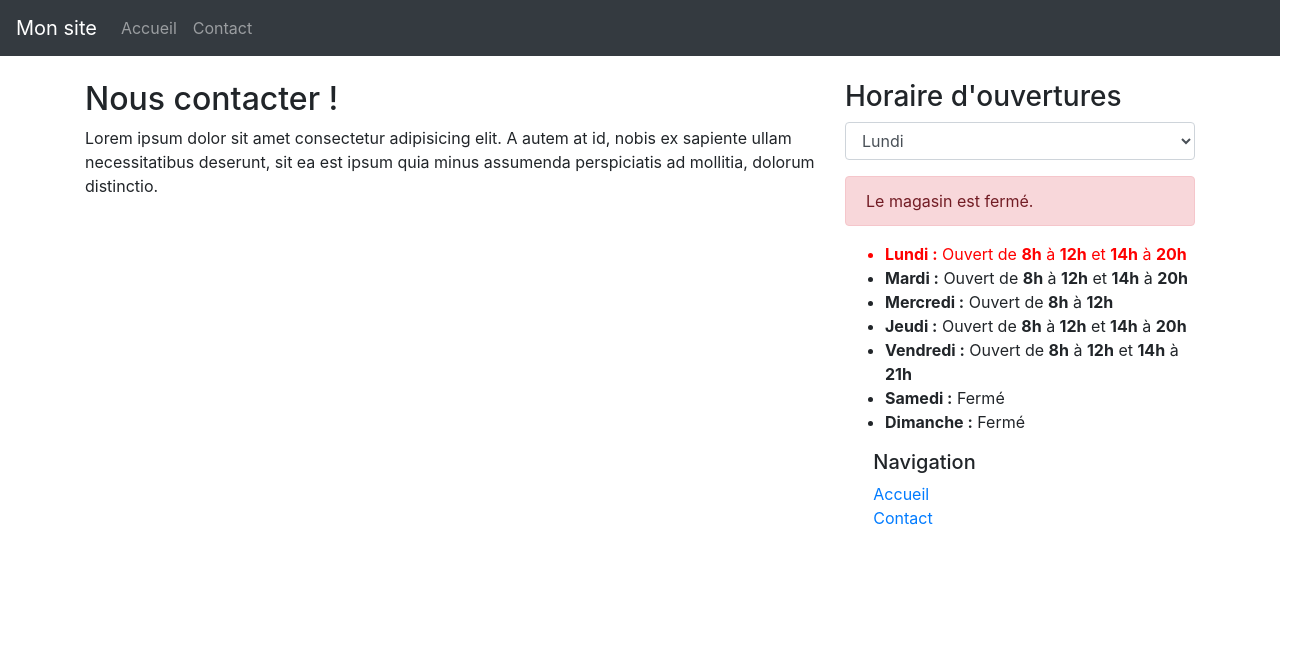
Repository: Alex-Serky/Backend_PHP
Page: http://localhost/contact.php
The author's editor kept a copy of each file at every save. The page is drawn from the files as they stood at one save, then again after the next save.
The browser window is 1280 px wide. The page is 1295 px wide, so the pictures cover 1295 px, including what lies to the right of the window. The pictures show the whole page.
Some web libraries are served in a nearby version. The page is run by PHP 8.4 with error messages shown; the project is at /var/www/html/.

Above is the page before, as saved 2020-07-20 23:18:16.

### contact.php
<?php

$title = 'Nous contacter !';
require_once 'config.php';
require_once 'functions.php';
date_default_timezone_set('Europe/Paris');
$heure = (int)date('G'); // Récupérer l'heure d'aujourd'hui
$creneaux = CRENEAUX[date('N') - 1]; // Récupérer les créneaux d'aujourd'hui $creneaux
$ouvert = in_creneaux($heure, $creneaux); // Récupérer l'état d'ouverture du magasin
$color = $ouvert ? 'green' : 'red';
// if ($ouvert) { $color = 'green';} else { $color = 'red'; }
require 'header.php';

?>

<div class="row">
    <div class="col-md-8">
        <h2>Nous contacter !</h2>
        <p>
            Lorem ipsum dolor sit amet consectetur adipisicing elit. A autem at id,
            nobis ex sapiente ullam necessitatibus deserunt, sit ea est ipsum quia minus
            assumenda perspiciatis ad mollitia, dolorum distinctio.
        </p>
    </div>
    <div class="col-md-4">
        <h3>Horaire d'ouvertures</h3>

        <form action="" method="GET">
            <div class="form-group">
                <select name="jour" class="form-control">
                    <?php foreach (JOURS as $k => $jour): ?>
                        <option value="<?= $k ?>"><?= $jour ?></option>
                    <?php endforeach; ?>
                </select>
            </div>
        </form>

        <?php if($ouvert): ?>
            <div class="alert alert-success">
                Le magasin est ouvert.
            </div>
        <?php else: ?>
            <div class="alert alert-danger">
                Le magasin est fermé.
            </div>
        <?php endif ?>
        <ul>
            <?php foreach(JOURS as $k => $jour): ?>
                <li <?php if($k + 1 === (int)date('N')): ?> style="color:<?= $color ?>"<?php endif ?>>
                    <strong><?= $jour ?> :</strong>
                    <?= creneaux_html(CRENEAUX[$k]); ?>
                </li>
            <?php endforeach; ?>
        </ul>
    </div>

</div>

<?php require 'footer.php'; ?>

### config.php
<?php

define('JOURS', [
    'Lundi',
    'Mardi',
    'Mercredi',
    'Jeudi',
    'Vendredi',
    'Samedi',
    'Dimanche'
]);

define('CRENEAUX', [
    0 => [
        [8, 12],
        [14, 20]
    ],
    [
        [8, 12],
        [14, 20]
    ],
    [
        [8, 12]
    ],
    [
        [8, 12],
        [14, 20]
    ],
    [
        [8, 12],
        [14, 21]
    ],
    [],
    []
]);

### functions.php
<?php

function nav_item(string $lien, string $titre, string $linkClass = ''): string
{
    $classe = 'nav-item';
    if ($_SERVER['SCRIPT_NAME'] === $lien) {
        $classe .= ' active';
    }
    return <<<HTML
        <li class="$classe">
            <a class="$linkClass" href="$lien">$titre</a>
        </li>
HTML;
}

function nav_menu(string $linkClass = ''): string
{
    return
        nav_item('/Backend_PHP/index.php', 'Accueil', $linkClass) .
        nav_item('/Backend_PHP/contact.php', 'Contact', $linkClass);
}

function dump($variable){
    echo '<pre>';
        var_dump($variable);
    echo '</pre>';
}

function creneaux_html($creneaux){
    if (empty($creneaux)) {
        return 'Fermé';
    }
    $phrases = [];
    foreach ($creneaux as $creneau) {
        $phrases[] = "
            <strong>{$creneau[0]}h</strong>
            à
            <strong>{$creneau[1]}h</strong>
            ";
    }
    return 'Ouvert de ' . implode(' et ', $phrases);
}

function in_creneaux(int $heure, array $creneaux): bool {
    foreach($creneaux as $creneau) {
        $debut = $creneau[0];
        $fin = $creneau[1];
        if ($heure >= $debut && $heure < $fin) {
            return true;
        }
    }
    return false;
}

### header.php
<?php

require_once 'functions.php';

?>

<!doctype html>
<html lang="en">

<head>
    <meta charset="utf-8">
    <meta name="viewport" content="width=device-width, initial-scale=1, shrink-to-fit=no">
    <meta name="description" content="">
    <meta name="author" content="">
    <link rel="icon" href="/docs/4.0/assets/img/favicons/favicon.ico">

    <title>
        <?php if(isset($title)): ?>
            <?= $title; ?>
        <?php else: ?>
            Mon site
        <?php endif; ?>
    </title>

    <!-- Bootstrap core CSS -->
    <link rel="stylesheet" href="https://stackpath.bootstrapcdn.com/bootstrap/4.5.0/css/bootstrap.min.css" integrity="sha384-9aIt2nRpC12Uk9gS9baDl411NQApFmC26EwAOH8WgZl5MYYxFfc+NcPb1dKGj7Sk" crossorigin="anonymous">

</head>

<body>

    <nav class="navbar navbar-expand-md navbar-dark bg-dark mb-4">
        <a class="navbar-brand" href="#">Mon site</a>
        <button class="navbar-toggler" type="button"
                data-toggle="collapse" data-target="#navbarsExampleDefault"
                aria-controls="navbarsExampleDefault" aria-expanded="false"
                aria-label="Toggle navigation">
            <span class="navbar-toggler-icon"></span>
        </button>

        <div class="collapse navbar-collapse"
            id="navbarsExampleDefault">
            <ul class="navbar-nav mr-auto">
                <?= nav_menu('nav-link'); ?>
            </ul>
        </div>
    </nav>

    <main role="main" class="container">

### footer.php
</main><!-- /.container -->

<div class="row">
<div class="col-md-4"></div>
<div class="col-md-4"></div>
<div class="col-md-4">
    <h5>Navigation</h5>
    <ul class="list-unstyled text-small">
        <?= nav_menu(); ?>
    </ul>
</div>
</div>

<script src="https://code.jquery.com/jquery-3.2.1.slim.min.js" integrity="sha384-KJ3o2DKtIkvYIK3UENzmM7KCkRr/rE9/Qpg6aAZGJwFDMVNA/GpGFF93hXpG5KkN" crossorigin="anonymous"></script>
<script src="https://cdnjs.cloudflare.com/ajax/libs/popper.js/1.12.9/umd/popper.min.js" integrity="sha384-ApNbgh9B+Y1QKtv3Rn7W3mgPxhU9K/ScQsAP7hUibX39j7fakFPskvXusvfa0b4Q" crossorigin="anonymous"></script>
<script src="https://maxcdn.bootstrapcdn.com/bootstrap/4.0.0/js/bootstrap.min.js" integrity="sha384-JZR6Spejh4U02d8jOt6vLEHfe/JQGiRRSQQxSfFWpi1MquVdAyjUar5+76PVCmYl" crossorigin="anonymous"></script>
</body>

</html>

After the next save:
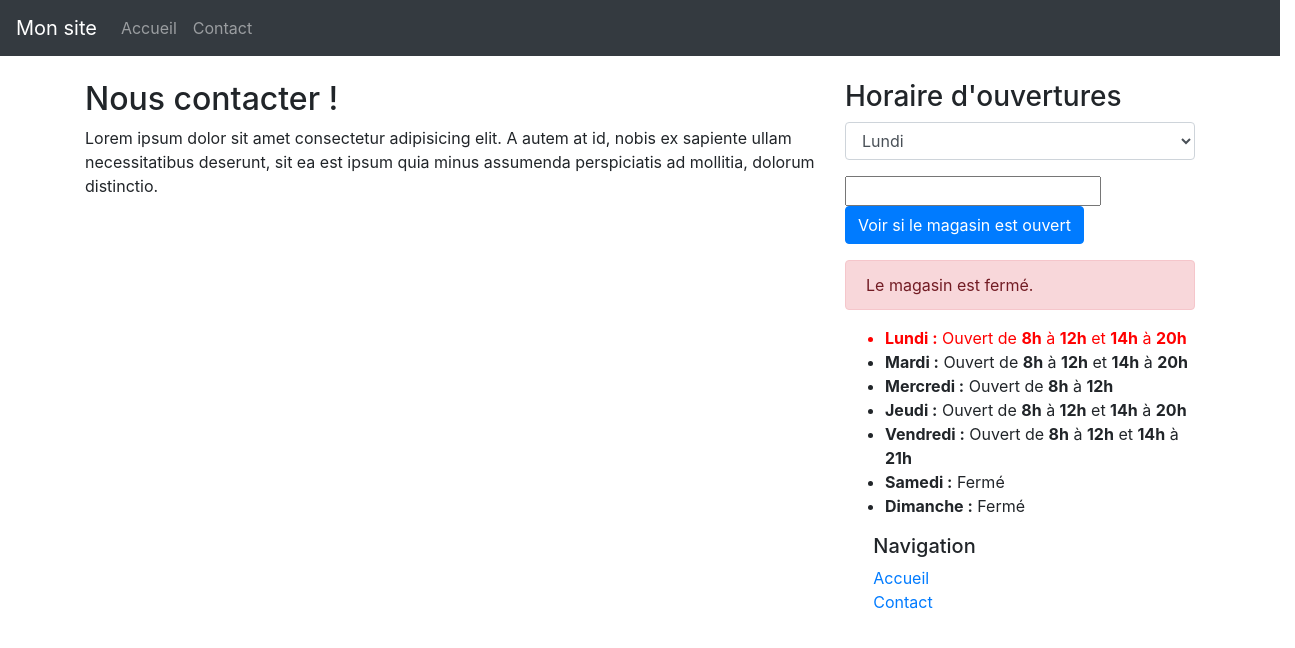
Saved 3 min 30 s later.
--- a/contact.php
+++ b/contact.php
@@ -33,6 +33,10 @@ require 'header.php';
                     <?php endforeach; ?>
                 </select>
             </div>
+            <div class="form-group">
+                <input type="number" name="heure">
+                <button type="submit" class="btn btn-primary">Voir si le magasin est ouvert</button>
+            </div>
         </form>
 
         <?php if($ouvert): ?>
